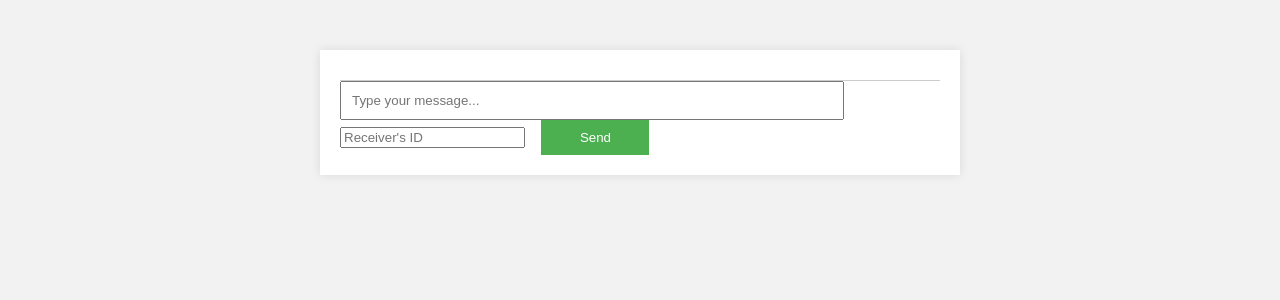
Repository: KanmegneTabouguie/realtimechat
Page: public/index.html
The author's editor kept a copy of each file at every save. The page is drawn from the files as they stood at one save, then again after the next save.
The browser window is 1280 px wide. The pictures show the whole page.
The page's requests for data from a server got no answer. Some web libraries are served in a nearby version.

Above is the page before, as saved 2024-03-04 14:45:24.

### public/index.html
<!DOCTYPE html>
<html lang="en">
<head>
  <meta charset="UTF-8">
  <meta name="viewport" content="width=device-width, initial-scale=1.0">
  <title>Real-Time Chat App</title>
  <link rel="stylesheet" href="./style.css">
  <script src="https://code.jquery.com/jquery-3.6.4.min.js"></script>
</head>
<body>
  <div id="chat-container">
    <div id="chat-messages"></div>
    <input type="text" id="message-input" placeholder="Type your message...">
    <input type="text" id="receiver-id" placeholder="Receiver's ID"> <!-- Add a field for the receiver's ID -->
    <button id="send-button">Send</button>
  </div>
  <script src="https://cdnjs.cloudflare.com/ajax/libs/socket.io/4.0.0/socket.io.js"></script>
  <script src="./script.js"></script>
</body>
</html>

### public/style.css
body {
    font-family: Arial, sans-serif;
    margin: 0;
    padding: 0;
    background-color: #f2f2f2;
  }

  #chat-container {
    max-width: 600px;
    margin: 50px auto;
    background-color: #fff;
    padding: 20px;
    box-shadow: 0 0 10px rgba(0, 0, 0, 0.1);
  }

  #chat-messages {
    max-height: 300px;
    overflow-y: auto;
    border-bottom: 1px solid #ccc;
    padding-bottom: 10px;
  }

  #message-input {
    width: 80%;
    padding: 10px;
  }

  #send-button {
    width: 18%;
    padding: 10px;
    margin-left: 2%;
    background-color: #4caf50;
    color: #fff;
    border: none;
    cursor: pointer;
  }

  #send-button:hover {
    background-color: #45a049;
  }

  /* Add more styles as needed */

### public/script.js
$(document).ready(function () {
    const socket = io();
    const userId = Math.random().toString(36).substr(2, 9); // Unique identifier for the user (demo purpose)

    // Function to add a message to the chat
    function addMessage(message, senderId, isPrivate) {
      const isCurrentUser = senderId === userId;
      const senderClass = isCurrentUser ? 'current-user' : 'other-user';
      const messageElement = $('<div>').addClass(`message ${senderClass}`).text(`${isCurrentUser ? 'You' : 'Other user'}: ${message}`);

      if (isPrivate) {
        messageElement.addClass('private-message');
      }

      $('#chat-messages').append(messageElement);
    }

    // Event listener for the Send button
    $('#send-button').click(function () {
      const message = $('#message-input').val();
      const receiverId = $('#receiver-id').val().trim(); // Get the receiver's ID from the input field

      if (message !== '' && receiverId !== '') {
        // Emit a 'private message' event to the server
        socket.emit('private message', { senderId: userId, receiverId, message });

        // Clear the input fields
        $('#message-input').val('');
        $('#receiver-id').val('');
      }
    });

    // Listen for 'private message' events from the server
    socket.on('private message', function (data) {
      addMessage(data.message, data.senderId, true);
    });

    // Handle additional chat-related events and features as needed
  });

After the next save:
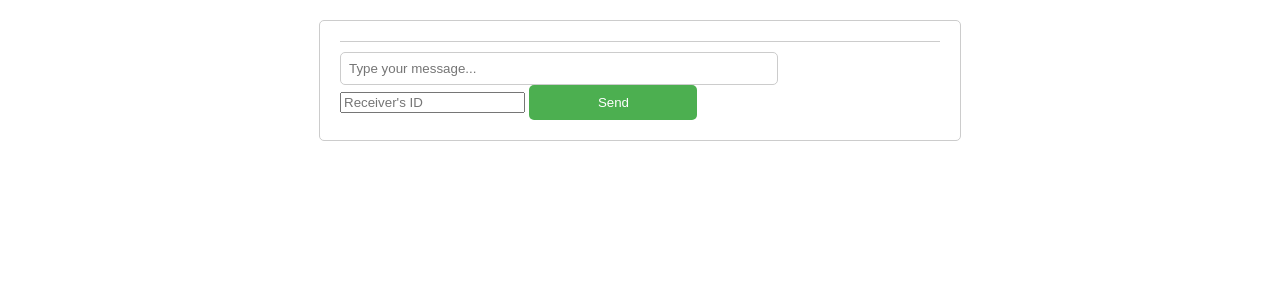
Saved 5 min 59 s later.
--- a/public/style.css
+++ b/public/style.css
@@ -1,42 +1,43 @@
+/* style.css */
+
 body {
     font-family: Arial, sans-serif;
     margin: 0;
     padding: 0;
-    background-color: #f2f2f2;
   }
 
   #chat-container {
     max-width: 600px;
-    margin: 50px auto;
-    background-color: #fff;
+    margin: 20px auto;
     padding: 20px;
-    box-shadow: 0 0 10px rgba(0, 0, 0, 0.1);
+    border: 1px solid #ccc;
+    border-radius: 5px;
   }
 
   #chat-messages {
     max-height: 300px;
     overflow-y: auto;
     border-bottom: 1px solid #ccc;
-    padding-bottom: 10px;
+    margin-bottom: 10px;
   }
 
   #message-input {
-    width: 80%;
-    padding: 10px;
+    width: 70%;
+    padding: 8px;
+    border: 1px solid #ccc;
+    border-radius: 5px;
   }
 
   #send-button {
-    width: 18%;
+    width: 28%;
     padding: 10px;
-    margin-left: 2%;
-    background-color: #4caf50;
-    color: #fff;
+    background-color: #4CAF50;
+    color: white;
     border: none;
+    border-radius: 5px;
     cursor: pointer;
   }
 
   #send-button:hover {
     background-color: #45a049;
   }
-
-  /* Add more styles as needed */
